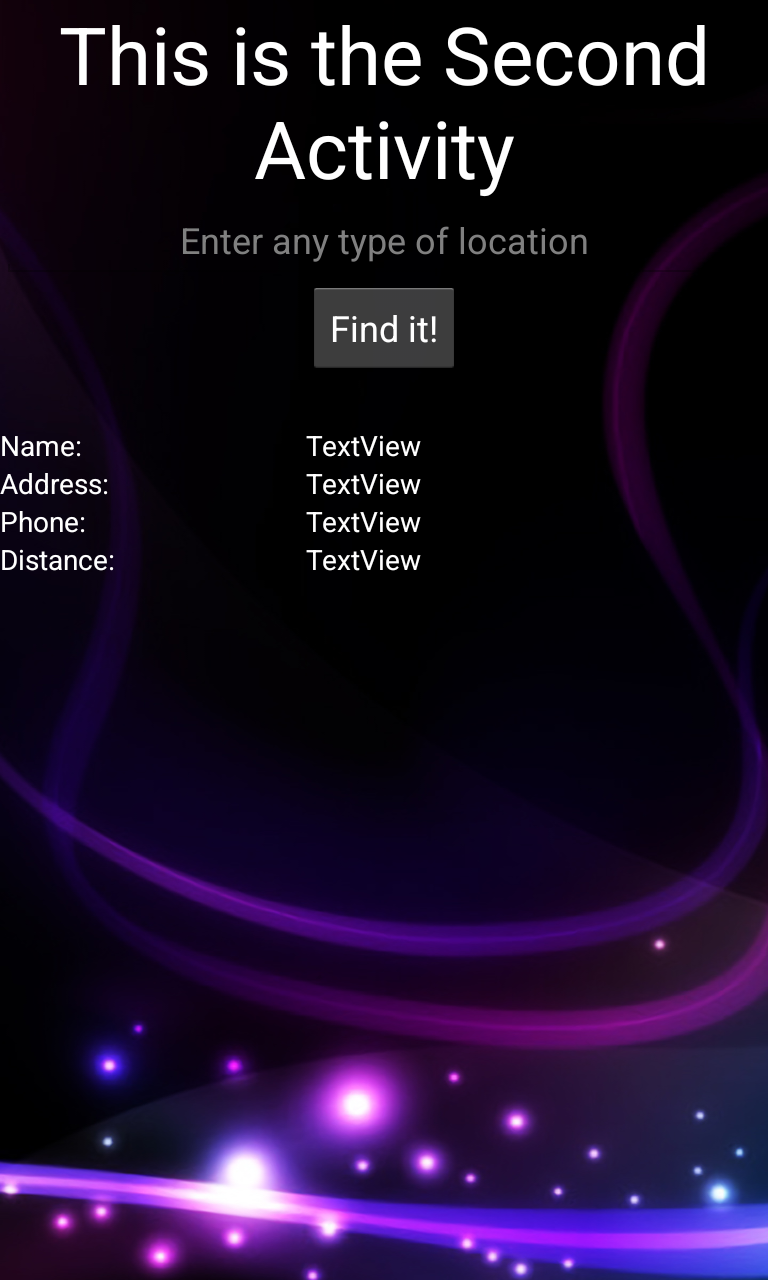
Repository: fsoDannis/workspace
Layout: findIt_3/res/layout/second.xml
An editor plug-in stored every save of this project. The layout is shown before and after the next save, followed by the edit.
It is drawn on a 768 x 1280 px phone screen (xhdpi) without system bars, with theme AppTheme; the app's code is not run.

Above is the layout before, as saved 2013-02-01 03:36:35.

### findIt_3/res/layout/second.xml
<?xml version="1.0" encoding="utf-8"?>
<RelativeLayout xmlns:android="http://schemas.android.com/apk/res/android"
    android:layout_width="match_parent"
    android:layout_height="match_parent"
    android:background="@drawable/background2"
    android:orientation="vertical" >

    <TextView
        android:id="@+id/textView1"
        android:layout_width="fill_parent"
        android:layout_height="wrap_content"
        android:gravity="center_vertical|center_horizontal"
        android:text="This is the Second Activity"
        android:textColor="#FFFFFF"
        android:textSize="40sp" />

    <EditText
        android:id="@+id/editText1"
        android:layout_width="match_parent"
        android:layout_height="wrap_content"
        android:layout_alignParentLeft="true"
        android:layout_below="@+id/textView1"
        android:textColor="#FFFFFF"
        android:ems="10"
        android:gravity="center_vertical|center_horizontal"
        android:hint="Enter any type of location" />

    <Button
        android:id="@+id/button1"
        android:layout_width="wrap_content"
        android:layout_height="wrap_content"
        android:layout_below="@+id/editText1"
        android:layout_centerHorizontal="true"
        android:textColor="#FFFFFF"
        android:text="Find it!" />

    <TextView
        android:id="@+id/nameLabel"
        android:layout_width="wrap_content"
        android:layout_height="wrap_content"
        android:layout_alignParentLeft="true"
        android:layout_below="@+id/button1"
        android:layout_marginTop="25dp"
        android:layout_toLeftOf="@+id/button1"
        android:textColor="#FFFFFF"
        android:text="Name: " />

    <TextView
        android:id="@+id/_name"
        android:layout_width="wrap_content"
        android:layout_height="wrap_content"
        android:layout_alignBaseline="@+id/nameLabel"
        android:layout_alignBottom="@+id/nameLabel"
        android:layout_alignLeft="@+id/_address"
        android:layout_alignParentRight="true"
        android:textColor="#FFFFFF"
        android:text="TextView" />

    <TextView
        android:id="@+id/addresssLabel"
        android:layout_width="wrap_content"
        android:layout_height="wrap_content"
        android:layout_alignParentLeft="true"
        android:layout_below="@+id/nameLabel"
        android:layout_toLeftOf="@+id/button1"
        android:textColor="#FFFFFF"
        android:text="Address: " />

    <TextView
        android:id="@+id/_address"
        android:layout_width="wrap_content"
        android:layout_height="wrap_content"
        android:layout_alignLeft="@+id/button1"
        android:layout_alignParentRight="true"
        android:layout_below="@+id/_name"
        android:textColor="#FFFFFF"
        android:text="TextView" />

    <TextView
        android:id="@+id/phoneLabel"
        android:layout_width="wrap_content"
        android:layout_height="wrap_content"
        android:layout_alignParentLeft="true"
        android:layout_alignRight="@+id/addresssLabel"
        android:layout_below="@+id/addresssLabel"
        android:textColor="#FFFFFF"
        android:text="Phone: " />

    <TextView
        android:id="@+id/_phone"
        android:layout_width="wrap_content"
        android:layout_height="wrap_content"
        android:layout_alignBaseline="@+id/phoneLabel"
        android:layout_alignBottom="@+id/phoneLabel"
        android:layout_alignLeft="@+id/_address"
        android:layout_alignParentRight="true"
        android:textColor="#FFFFFF"
        android:text="TextView" />

    <TextView
        android:id="@+id/distanceLabel"
        android:layout_width="wrap_content"
        android:layout_height="wrap_content"
        android:layout_alignParentLeft="true"
        android:layout_alignRight="@+id/phoneLabel"
        android:layout_below="@+id/phoneLabel"
        android:textColor="#FFFFFF"
        android:text="Distance: " />

    <TextView
        android:id="@+id/_distance"
        android:layout_width="wrap_content"
        android:layout_height="wrap_content"
        android:layout_alignBaseline="@+id/distanceLabel"
        android:layout_alignBottom="@+id/distanceLabel"
        android:layout_alignLeft="@+id/_phone"
        android:layout_alignParentRight="true"
        android:textColor="#FFFFFF"
        android:text="TextView" />

</RelativeLayout>

Loaded but not shown: findIt_3/res/values/styles.xml (common file); findIt_3/res/values-v11/styles.xml (common file); findIt_3/res/values-v14/styles.xml (common file)

After the next save:
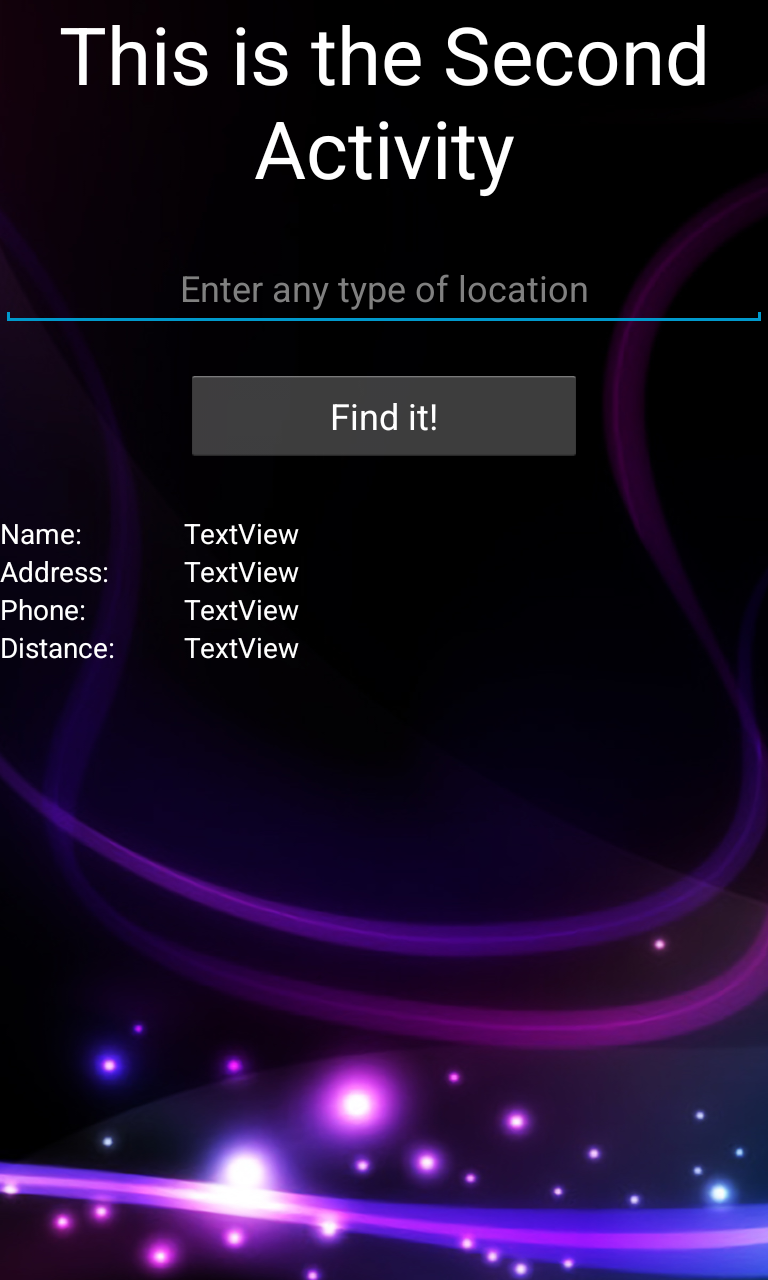
Saved 2 min 28 s later.
--- a/findIt_3/res/layout/second.xml
+++ b/findIt_3/res/layout/second.xml
@@ -13,26 +13,6 @@
         android:text="This is the Second Activity"
         android:textColor="#FFFFFF"
         android:textSize="40sp" />
-
-    <EditText
-        android:id="@+id/editText1"
-        android:layout_width="match_parent"
-        android:layout_height="wrap_content"
-        android:layout_alignParentLeft="true"
-        android:layout_below="@+id/textView1"
-        android:textColor="#FFFFFF"
-        android:ems="10"
-        android:gravity="center_vertical|center_horizontal"
-        android:hint="Enter any type of location" />
-
-    <Button
-        android:id="@+id/button1"
-        android:layout_width="wrap_content"
-        android:layout_height="wrap_content"
-        android:layout_below="@+id/editText1"
-        android:layout_centerHorizontal="true"
-        android:textColor="#FFFFFF"
-        android:text="Find it!" />
 
     <TextView
         android:id="@+id/nameLabel"
@@ -118,4 +98,30 @@
         android:textColor="#FFFFFF"
         android:text="TextView" />
 
+    <Button
+        android:id="@+id/button1"
+        android:layout_width="wrap_content"
+        android:layout_height="wrap_content"
+        android:layout_below="@+id/editText1"
+        android:layout_centerHorizontal="true"
+        android:layout_marginTop="20dp"
+        android:width="200dp"
+        android:text="Find it!"
+        android:textColor="#FFFFFF" />
+
+    <EditText
+        android:id="@+id/editText1"
+        android:layout_width="match_parent"
+        android:layout_height="wrap_content"
+        android:layout_alignParentLeft="true"
+        android:layout_below="@+id/textView1"
+        android:layout_marginTop="24dp"
+        android:ems="10"
+        android:gravity="center_vertical|center_horizontal"
+        android:hint="Enter any type of location"
+        android:textColor="#FFFFFF" >
+
+        <requestFocus />
+    </EditText>
+
 </RelativeLayout>
